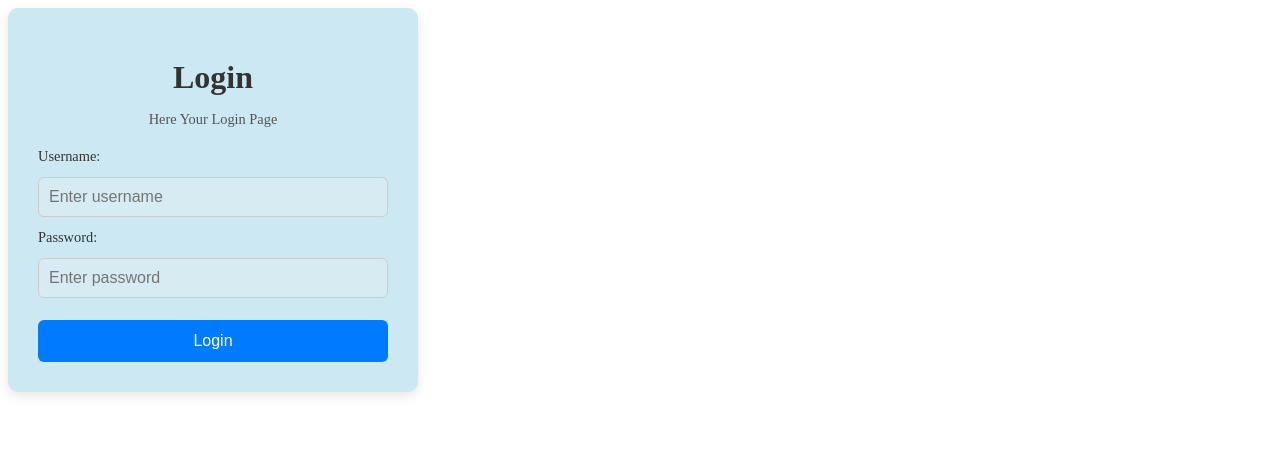
Repository: AdityaTech-Pro/FullStackWithBridgelabz
Page: login form/index.html
These files come from the project's save history. The page is drawn as it stood at one moment and after the next save; the edit follows.
The browser window is 1280 px wide. The pictures show the whole page.

Above is the page before, as saved 2025-11-17 09:29:42.
Console error: ReferenceError: inputUsername is not defined

After the next save:
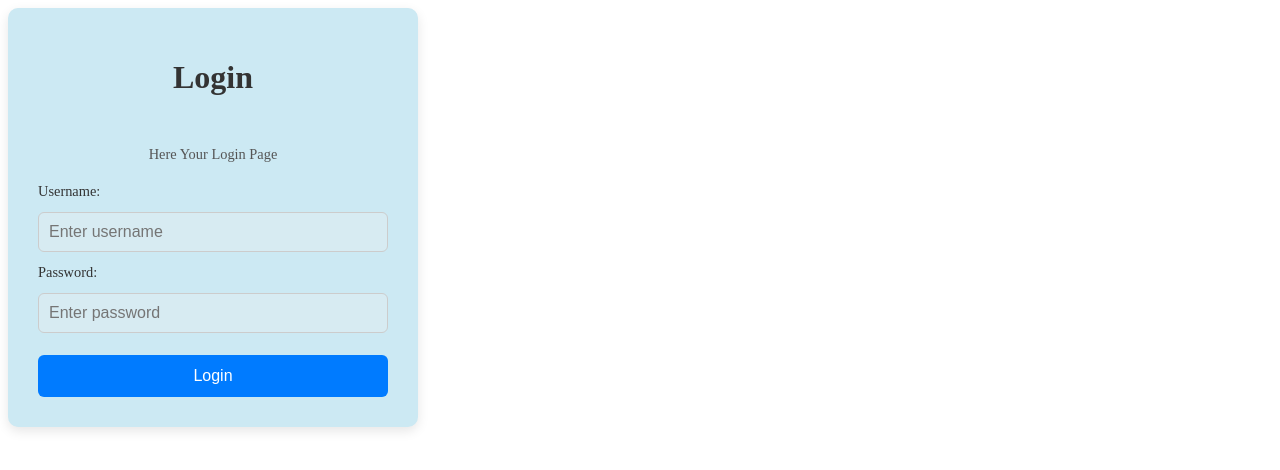
Saved 17 s later.
--- a/login form/style.css
+++ b/login form/style.css
@@ -22,7 +22,7 @@
 }
 
 h1 {
-  margin-bottom: 10px;
+  margin-bottom: 50px;
   color: #333333; /* Dark text */
 }
 

After the 2 saves that followed:
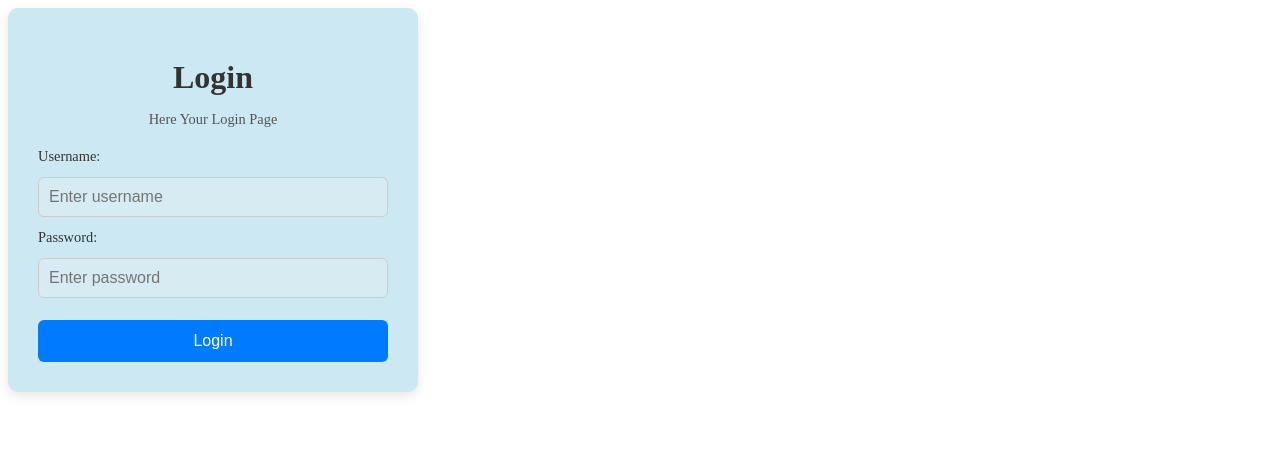
The 2 saves are shown as one change because they came seconds apart.
The last was saved 14 s later.
--- a/login form/style.css
+++ b/login form/style.css
@@ -22,7 +22,7 @@
 }
 
 h1 {
-  margin-bottom: 50px;
+  margin-bottom: 1px;
   color: #333333; /* Dark text */
 }
 
